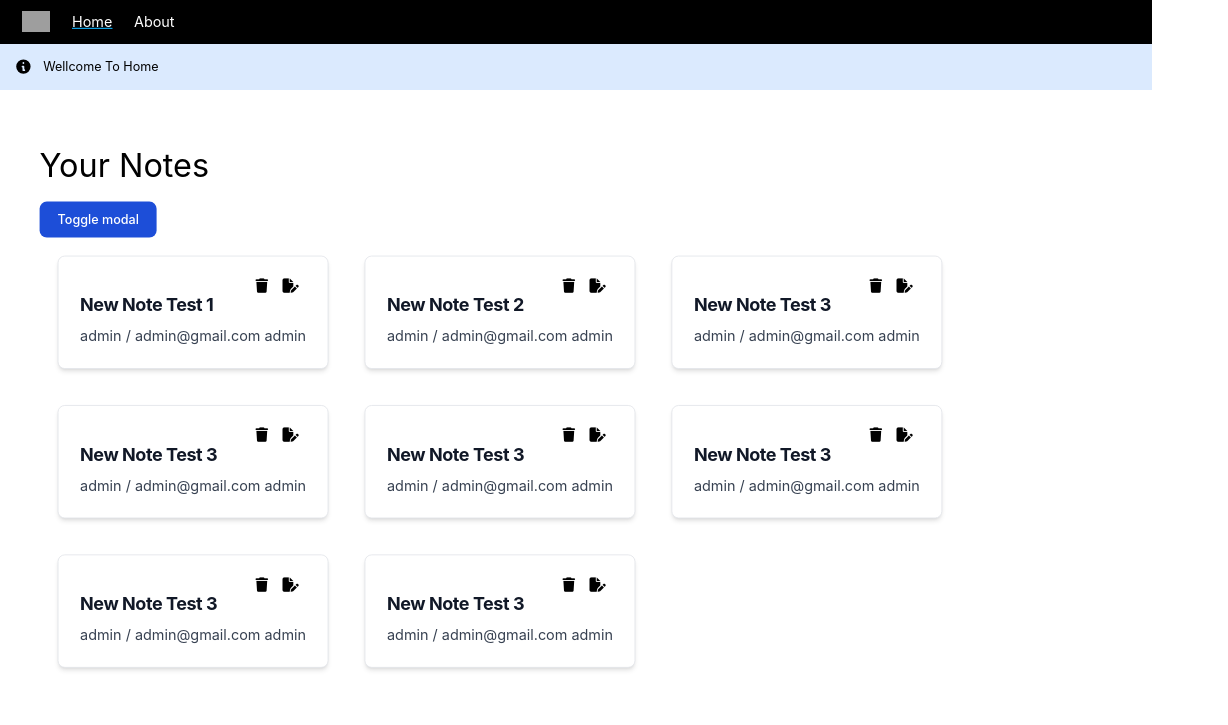
Repository: sonawaneteju4/iNote
Page: /
The author's editor kept a copy of each file at every save. The page is drawn from the files as they stood at one save, then again after a run of saves.
The browser window is 1280 px wide. The page is 1324 px wide, then 1364 px, so the pictures cover 1364 px, including what lies to the right of the window. The pictures show the whole page, at 90% of full size.
Pictures or frames that could not be fetched are drawn as grey boxes. Some web libraries are served in a nearby version. The project was rebuilt for these pictures with package versions that can differ from the ones it lists, and the page was loaded fresh each time. Also part of the build but not shown: src/components/About.js.

Above is the page before, as saved 2022-10-10 19:59:51.

After the next 5 saves:
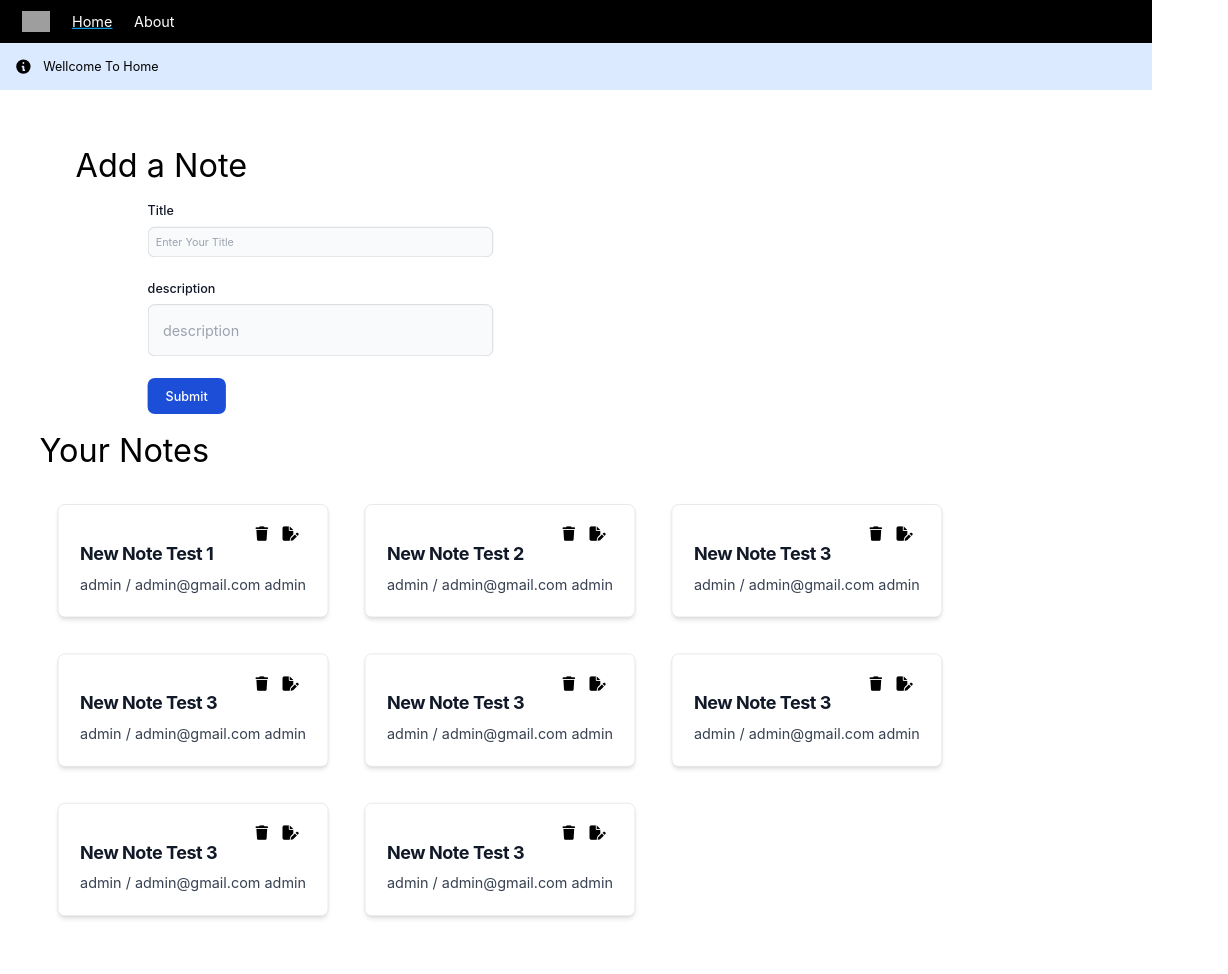
The 5 saves are shown as one change because they came seconds apart.
The last was saved 97 s later.
--- a/src/components/Notes.js
+++ b/src/components/Notes.js
@@ -6,20 +6,11 @@ import NoteItem from './NoteItem';
 
 const Notes = () => {
     const context = useContext(NoteContext);
-    const {notes} = context
+    const {notes, addNote} = context
   return (
     <div>
+        <AddNote/>
       <h1 className='py-5 text-4xl'>Your Notes</h1>
-      <button className="block text-white bg-blue-700 hover:bg-blue-800 focus:ring-4 focus:outline-none focus:ring-blue-300 font-medium rounded-lg text-sm px-5 py-2.5 text-center dark:bg-blue-600 dark:hover:bg-blue-700 dark:focus:ring-blue-800" type="button" data-modal-toggle="authentication-modal">
-  Toggle modal
-</button>
-
-<div id="authentication-modal" tabindex="-1" aria-hidden="true" className="hidden overflow-y-auto overflow-x-hidden fixed top-0 right-0 left-0 z-50 w-full md:inset-0 h-modal md:h-full">
-    <div className="relative p-4 w-full max-w-md h-full md:h-auto">
-        <AddNote/>
-
-    </div>
-</div>
 
     <div className='flex flex-wrap'>
         {notes.map((note)=>{
